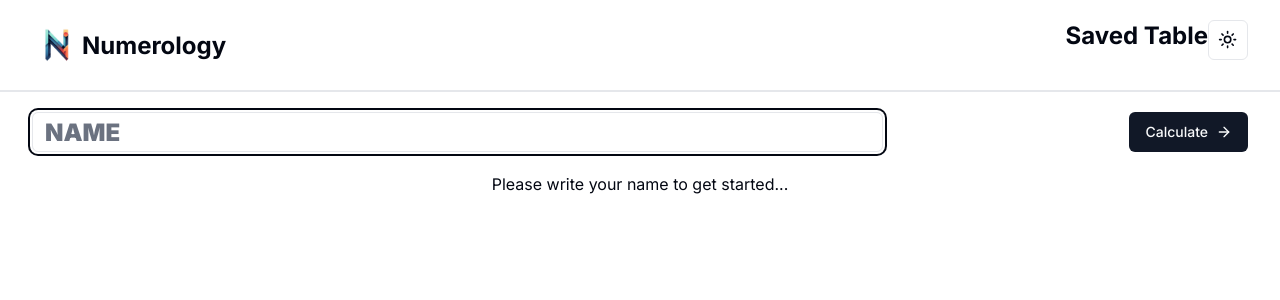
Repository: RaghunadhSahitDruvam/mynumerology
Page: /
An editor plug-in stored every save of this project. The page is shown before and after the next save, followed by the edit.
The browser window is 1280 px wide. The pictures show the whole page.
The project was rebuilt for these pictures with package versions that can differ from the ones it lists, and the page was loaded fresh each time. The framework's server and built-in components were replaced by stand-ins that run in the browser. Also part of the build but not shown: next.config.js, components/ui/alert-dialog.tsx.

Above is the page before, as saved 2023-12-21 08:01:02.

After the next save:
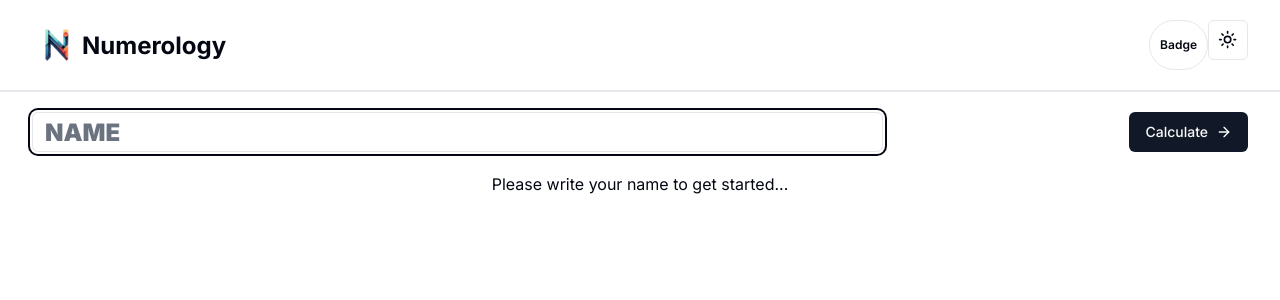
Saved 53 s later.
--- a/components/header.tsx
+++ b/components/header.tsx
@@ -2,6 +2,7 @@ import React from "react";
 import { ModeToggle } from "./mode";
 import Link from "next/link";
 import Image from "next/image";
+import { Badge } from "@/components/ui/badge";
 
 const Header = () => {
   return (
@@ -12,7 +13,8 @@ const Header = () => {
           <span className="mt-[10px]">Numerology</span>
         </Link>
         <div className="flex">
-          <h1>Saved Table</h1>
+          <Badge variant="outline">Badge</Badge>
+
           <ModeToggle />
         </div>
       </div>
